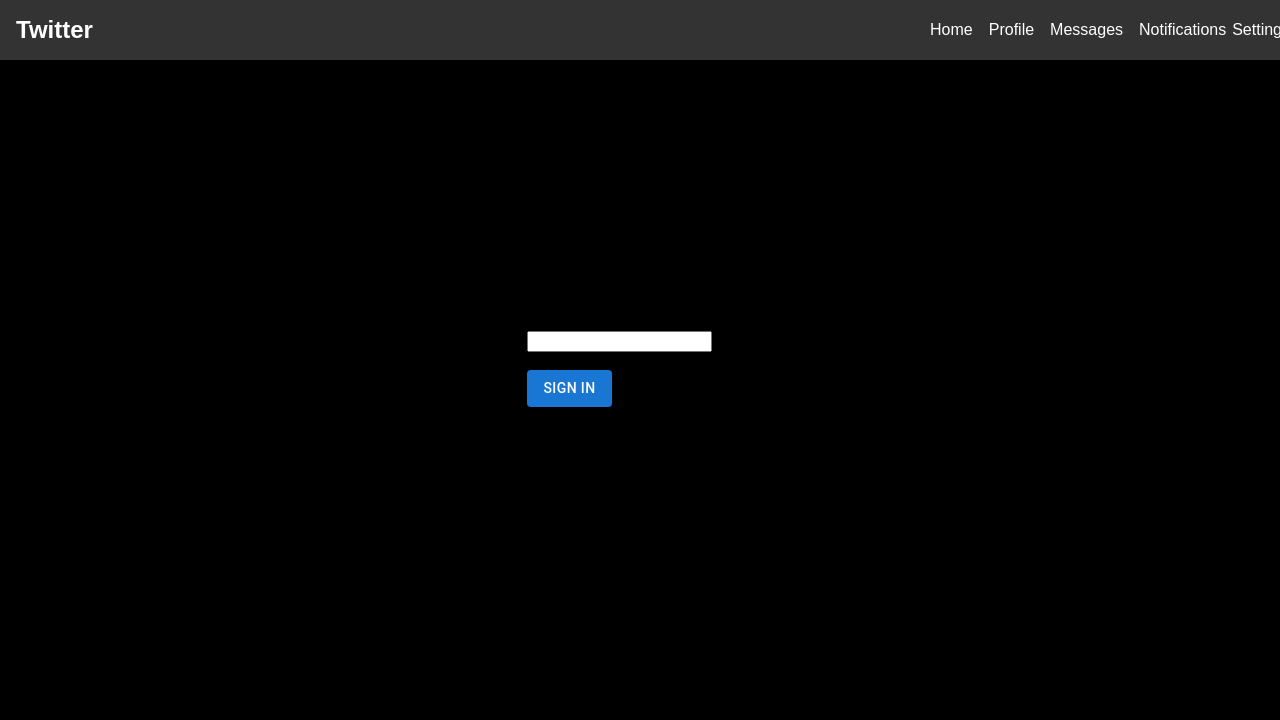
Repository: rakeshpuppala2590/Credit_karma
Page: / (app in client/)
An editor plug-in stored every save of this project. The page is shown before and after the next save, followed by the edit.
The browser window is 1280 px wide. The pictures show the whole page.
The project was rebuilt for these pictures with package versions that can differ from the ones it lists, and the page was loaded fresh each time. Also part of the build but not shown: client/src/App.css.

Above is the page before, as saved 2024-06-15 12:06:28.

### client/src/index.js
import React from 'react';
import { createRoot } from 'react-dom/client';
import './index.css';
import App from './App';
import reportWebVitals from './reportWebVitals';

const root = createRoot(document.getElementById('root'));
root.render(
  <React.StrictMode>
    <App />
  </React.StrictMode>
);

// If you want to start measuring performance in your app, pass a function
// to log results (for example: reportWebVitals(console.log))
// or send to an analytics endpoint. Learn more: https://bit.ly/CRA-vitals
reportWebVitals();

### client/src/index.css
html,
body {
  height: 100%;
}

body {
  display: flex;
  justify-content: center; /* align horizontally to the center */
  align-items: center; /* align vertically to the center */
  background-color: black;
  margin: 0;
  padding: 0;
  font-family: -apple-system, BlinkMacSystemFont, 'Segoe UI', Roboto, Oxygen,
    Ubuntu, Cantarell, 'Open Sans', 'Helvetica Neue', sans-serif;
  -webkit-font-smoothing: antialiased;
  -moz-osx-font-smoothing: grayscale;
}

.bg-overlay {
  position: fixed;
  top: 0;
  left: 0;
  width: 100%;
  height: 100%;
  background-color: rgba(0, 0, 0, 0.5); /* semi-transparent black background */
  backdrop-filter: blur(5px); /* backdrop filter to create blur effect */
}

code {
  font-family: source-code-pro, Menlo, Monaco, Consolas, 'Courier New',
    monospace;
}

### client/src/App.js
import './App.css';
import Signin from './components/Signin';
import Home from './components/Home';

function App() {
  return (
    <div id='root'>
      <Home/>
      <Signin/>
    </div>
  );
}

export default App;

### client/src/components/Signin.jsx
import React, { useState } from 'react';
import Button from '@mui/material/Button';
import '../Styles/Home.css';

const Signin = () => {
  const [showSignup, setShowSignup] = useState(false);
  const [showSignin, setShowSignin] = useState(false);
  const [secondField, setSecondField] = useState("email");
  const [email, setEmail] = useState("");

  const handleSignup = () => {
    setShowSignup(true);
    setShowSignin(false);
  };

  const handleSignin = () => {
    setShowSignup(false);
    setShowSignin(true);
  };

  const toggleSecondField = () => {
    setSecondField(prevField => prevField === "email" ? "phone" : "email");
  };

  const handleEmailChange = (event) => {
    setEmail(event.target.value);
  };

  return (
    <div className="flex justify-center items-center h-screen">
      <div className="form-container">
        {!showSignup && !showSignin && (
          <div className="text-center mb-8">
            <h2 className="text-2xl font-semibold">Welcome</h2>
            <div className="floating-label">
              <input
                type={secondField === "email" ? "email" : "tel"}
                placeholder=" "
                className="floating-input"
                value={email}
                onChange={handleEmailChange}
              />
              <label className="floating-label-text">
                {secondField === "email" ? "Email" : "Phone"}
              </label>
            </div>
            <div className="mb-4 flex justify-end">
              <span
                className="text-blue-500 cursor-pointer"
                onClick={toggleSecondField}
              >
                {secondField === "email" ? "Use Phone instead" : "Use Email instead"}
              </span>
            </div>
            <div className="flex justify-center mt-4">
              <Button variant="contained" color="primary" className="w-full" onClick={() => handleSignin(email)}>Sign In</Button>
            </div>
            <div className="text-center mt-4">
              <p className="text-gray-500">
                Don't have an account?
                <span
                  onClick={handleSignup}
                  className="text-blue-500 cursor-pointer ml-1"
                >
                  Sign up
                </span>
              </p>
            </div>
          </div>
        )}
        {showSignup && (
          <div>
            <div className="text-center mb-8">
              <h2 className="text-2xl font-semibold">Sign Up</h2>
              <p className="text-gray-500">Create your account</p>
            </div>
            <form>
              <div className="floating-label">
                <input type="text" placeholder=" " className="floating-input" />
                <label className="floating-label-text">Name</label>
              </div>
              <div className="floating-label">
                <input type={secondField === "email" ? "email" : "tel"} placeholder=" " className="floating-input" />
                <label className="floating-label-text">
                  {secondField === "email" ? "Email" : "Phone"}
                </label>
              </div>
              <div className="mb-4 flex justify-end">
                <span
                  className="text-blue-500 cursor-pointer"
                  onClick={toggleSecondField}
                >
                  {secondField === "email" ? "Use Phone instead" : "Use Email instead"}
                </span>
              </div>
              <div className="floating-label">
                <input type="password" placeholder=" " className="floating-input" />
                <label className="floating-label-text">Password</label>
              </div>
              <div className="button-container mt-4">
                <Button variant="contained" color="primary" className="mr-2">Sign Up</Button>
                <Button variant="contained" className="ml-2" onClick={() => setShowSignup(false)}>Cancel</Button>
              </div>
            </form>
          </div>
        )}
        {showSignin && (
          <div>
            <div className="text-center mb-8">
              <h2 className="text-2xl font-semibold">Sign In</h2>
              <p className="text-gray-500">Enter your credentials</p>
            </div>
            <form>
              <div className="floating-label">
                <input type={secondField === "email" ? "email" : "tel"} placeholder=" " className="floating-input" value={email} onChange={handleEmailChange}/>
                <label className="floating-label-text">
                  {secondField === "email" ? "Email" : "Phone"}
                </label>
              </div>
              <div className="mb-4 flex justify-end">
                <span
                  className="text-blue-500 cursor-pointer"
                  onClick={toggleSecondField}
                >
                  {secondField === "email" ? "Use Phone instead" : "Use Email instead"}
                </span>
              </div>
              <div className="floating-label">
                <input type="password" placeholder=" " className="floating-input" />
                <label className="floating-label-text">Password</label>
              </div>
              <div className="button-container mt-4">
                <Button variant="contained" color="primary" className="mr-2">Sign In</Button>
                <Button variant="contained" className="ml-2" onClick={() => setShowSignin(false)}>Cancel</Button>
              </div>
            </form>
          </div>
        )}
      </div>
    </div>
  );
};

export default Signin;

### client/src/components/Home.jsx
import React, { useState } from 'react';
import '../Styles/Home.css'

const Home = () => {
    const [isOpen, setIsOpen] = useState(false);

    const handleToggle = () => {
        setIsOpen(!isOpen);
    };

    return (
        <nav className="navbar">
            <div className="navbar-container">
                <a href="#Home" className="navbar-brand">Twitter</a>
                <div className={`navbar-links ${isOpen ? 'show' : ''}`}>
                    <a href="#Home">Home</a>
                    <a href="#Profile">Profile</a>
                    <a href="#Messages">Messages</a>
                    <a href="#Notifications">Notifications</a>
                    <div className="dropdown">
                        <button className="dropbtn">Settings</button>
                        <div className="dropdown-content">
                            <a href="#Account">Account</a>
                            <a href="#Privary">Privacy</a>
                            <a href="#Logout">Logout</a>
                        </div>
                    </div>
                </div>
                <button className="navbar-toggle" onClick={handleToggle}>
                    ☰
                </button>
            </div>
        </nav>
    );
};

export default Home;

### client/src/Styles/Home.css
body {
    font-family: Arial, sans-serif;
    margin: 0;
    padding: 0;
}

.navbar {
    background-color: #333;
    color: white;
    padding: 1rem;
    position: fixed;
    width: 100%;
    top: 0;
    left: 0;
    z-index: 1000;
}

.navbar-container {
    display: flex;
    justify-content: space-between;
    align-items: center;
}

.navbar-brand {
    font-size: 1.5rem;
    font-weight: bold;
    color: white;
    text-decoration: none;
}

.navbar-links a {
    color: white;
    text-decoration: none;
    margin-left: 1rem;
}

.navbar-toggle {
    display: none;
    background: none;
    border: none;
    font-size: 1.5rem;
    color: white;
}

.dropdown {
    position: relative;
    display: inline-block;
}

.dropbtn {
    background: none;
    border: none;
    color: white;
    font-size: 1rem;
    cursor: pointer;
}

.dropdown-content {
    display: none;
    position: absolute;
    background-color: #f9f9f9;
    min-width: 160px;
    box-shadow: 0px 8px 16px 0px rgba(0,0,0,0.2);
    z-index: 1;
}

.dropdown-content a {
    color: black;
    padding: 12px 16px;
    text-decoration: none;
    display: block;
}

.dropdown-content a:hover {
    background-color: #f1f1f1;
}

.dropdown:hover .dropdown-content {
    display: block;
}

/* Responsive styles */
@media (max-width: 768px) {
    .navbar-links {
        display: none;
        flex-direction: column;
        width: 100%;
        background-color: #333;
        position: absolute;
        top: 60px;
        left: 0;
    }

    .navbar-links a {
        padding: 1rem;
        border-top: 1px solid #444;
    }

    .navbar-toggle {
        display: block;
    }

    .navbar-links.show {
        display: flex;
    }
}

Loaded but not shown: client/public/index.html (common file); client/src/reportWebVitals.js (common file)

After the next save:
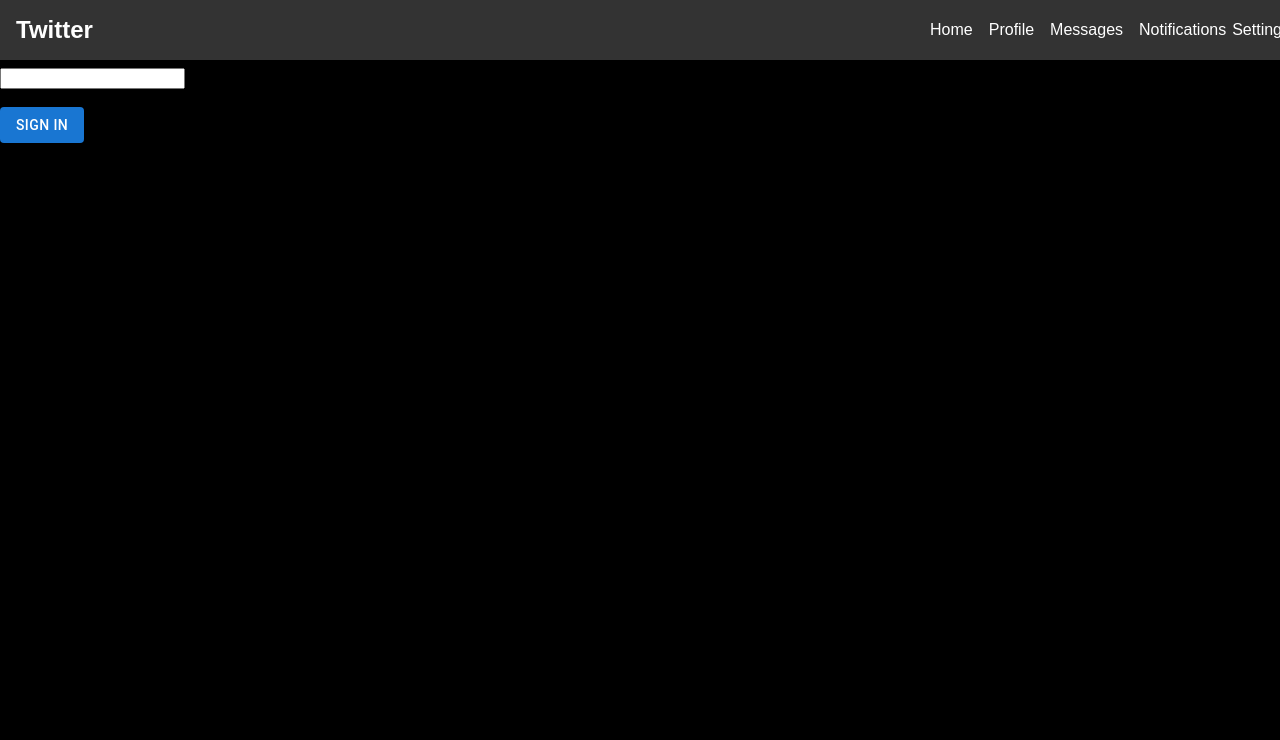
Saved 3 min 55 s later.
--- a/client/src/index.css
+++ b/client/src/index.css
@@ -1,13 +1,7 @@
 html,
 body {
   height: 100%;
-}
-
-body {
-  display: flex;
-  justify-content: center; /* align horizontally to the center */
-  align-items: center; /* align vertically to the center */
-  background-color: black;
+  background-color: black; /* Remove this line or change it to your desired color */
   margin: 0;
   padding: 0;
   font-family: -apple-system, BlinkMacSystemFont, 'Segoe UI', Roboto, Oxygen,
@@ -16,17 +10,7 @@
   -moz-osx-font-smoothing: grayscale;
 }
 
-.bg-overlay {
-  position: fixed;
-  top: 0;
-  left: 0;
-  width: 100%;
-  height: 100%;
-  background-color: rgba(0, 0, 0, 0.5); /* semi-transparent black background */
-  backdrop-filter: blur(5px); /* backdrop filter to create blur effect */
+/* Added CSS to override the background color of the body */
+#root {
+  background-color: black; /* Change this to the desired background color */
 }
-
-code {
-  font-family: source-code-pro, Menlo, Monaco, Consolas, 'Courier New',
-    monospace;
-}

After the save that followed:
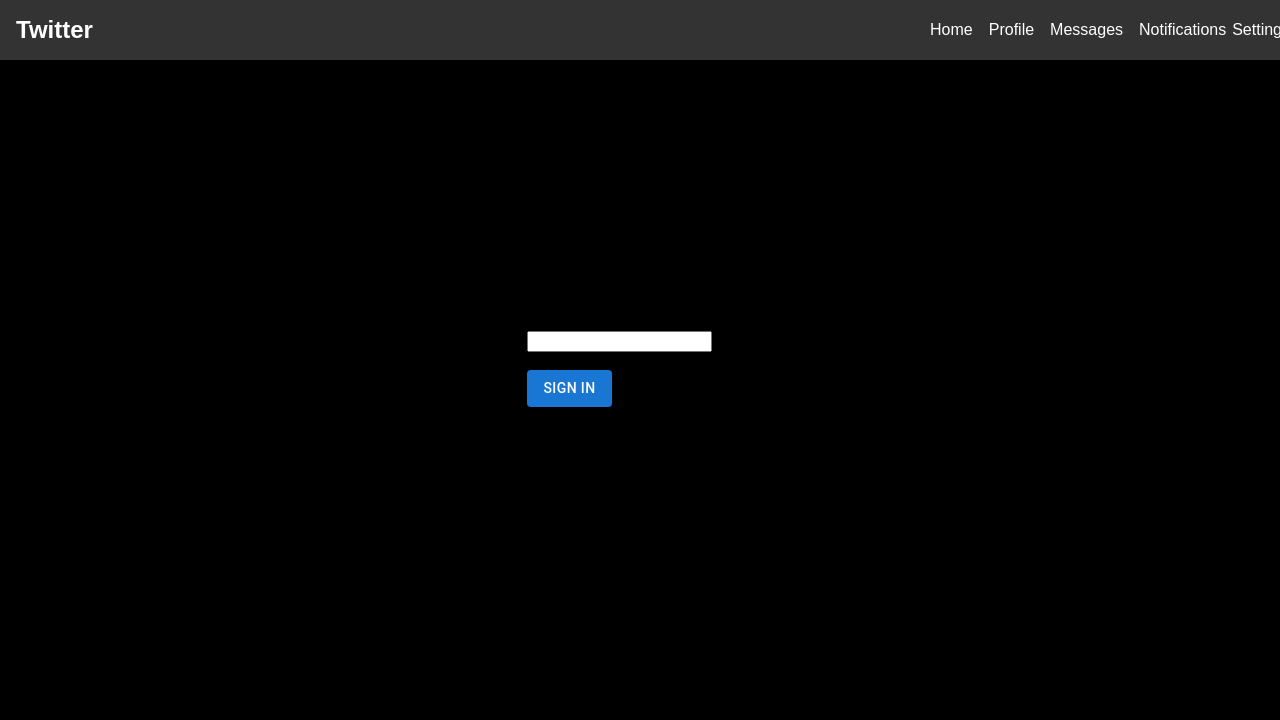
Saved 79 s later.
--- a/client/src/index.css
+++ b/client/src/index.css
@@ -1,7 +1,13 @@
 html,
 body {
   height: 100%;
-  background-color: black; /* Remove this line or change it to your desired color */
+}
+
+body {
+  display: flex;
+  justify-content: center; /* align horizontally to the center */
+  align-items: center; /* align vertically to the center */
+  background-color: black;
   margin: 0;
   padding: 0;
   font-family: -apple-system, BlinkMacSystemFont, 'Segoe UI', Roboto, Oxygen,
@@ -10,7 +16,17 @@
   -moz-osx-font-smoothing: grayscale;
 }
 
-/* Added CSS to override the background color of the body */
-#root {
-  background-color: black; /* Change this to the desired background color */
+.bg-overlay {
+  position: fixed;
+  top: 0;
+  left: 0;
+  width: 100%;
+  height: 100%;
+  background-color: rgba(0, 0, 0, 0.5); /* semi-transparent black background */
+  backdrop-filter: blur(5px); /* backdrop filter to create blur effect */
 }
+
+code {
+  font-family: source-code-pro, Menlo, Monaco, Consolas, 'Courier New',
+    monospace;
+}
